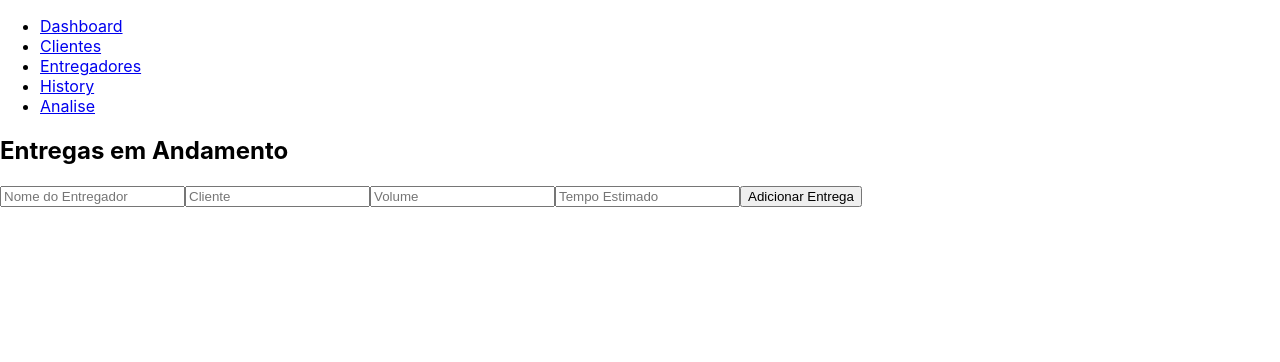
Repository: feliperanon/gestao-entregas
Page: /dashboard (app in frontend/)
An editor plug-in stored every save of this project. The page is shown before and after a run of saves, followed by the edit.
The browser window is 1280 px wide. The pictures show the whole page.
The page's requests for data from a server got no answer. The project was rebuilt for these pictures with package versions that can differ from the ones it lists, and the page was loaded fresh each time. No one was signed in, and anything a server would have sent is missing. Also part of the build but not shown: frontend/src/pages/Clientes.js, frontend/src/pages/Entregadores.js, frontend/src/pages/History.js, frontend/src/pages/Analise.js, frontend/src/pages/Login.js.

Above is the page before, as saved 2024-06-30 09:55:58.

### frontend/src/App.js
import React from 'react';
import { BrowserRouter as Router, Route, Routes, Link } from 'react-router-dom';
import Dashboard from './pages/Dashboard';
import Clientes from './pages/Clientes';
import Entregadores from './pages/Entregadores';
import History from './pages/History';
import Analise from './pages/Analise';
import Login from './pages/Login';

const App = () => {
  return (
    <Router>
      <div>
        <nav>
          <ul>
            <li>
              <Link to="/dashboard">Dashboard</Link>
            </li>
            <li>
              <Link to="/clientes">Clientes</Link>
            </li>
            <li>
              <Link to="/entregadores">Entregadores</Link>
            </li>
            <li>
              <Link to="/history">History</Link>
            </li>
            <li>
              <Link to="/analise">Analise</Link>
            </li>
          </ul>
        </nav>
        <Routes>
          <Route path="/dashboard" element={<Dashboard />} />
          <Route path="/clientes" element={<Clientes />} />
          <Route path="/entregadores" element={<Entregadores />} />
          <Route path="/history" element={<History />} />
          <Route path="/analise" element={<Analise />} />
          <Route path="/login" element={<Login />} />
        </Routes>
      </div>
    </Router>
  );
};

export default App;

### frontend/src/pages/Dashboard.js
import React, { useState, useEffect } from 'react';
import api from '../services/api';

const Dashboard = () => {
  const [entregas, setEntregas] = useState([]);
  const [form, setForm] = useState({ nomeEntregador: '', cliente: '', volume: '', status: 'Em andamento', tempoEstimado: '' });

  useEffect(() => {
    const fetchEntregas = async () => {
      try {
        const token = localStorage.getItem('token');
        const response = await api.get('/entregas', {
          headers: { Authorization: `Bearer ${token}` }
        });
        setEntregas(response.data.filter(entrega => entrega.status === 'Em andamento'));
      } catch (error) {
        console.error('Error fetching entregas:', error);
      }
    };
    fetchEntregas();
  }, []);

  const handleChange = (e) => {
    setForm({ ...form, [e.target.name]: e.target.value });
  };

  const handleSubmit = async (e) => {
    e.preventDefault();
    try {
      const token = localStorage.getItem('token');
      const response = await api.post('/entregas', { ...form, tempoDecorrido: 0 }, {
        headers: { Authorization: `Bearer ${token}` }
      });
      setEntregas([...entregas, response.data]);
      setForm({ nomeEntregador: '', cliente: '', volume: '', status: 'Em andamento', tempoEstimado: '' });
    } catch (error) {
      console.error('Error adding entrega:', error);
    }
  };

  const handleFinalize = async (id) => {
    try {
      const token = localStorage.getItem('token');
      await api.put(`/entregas/${id}`, { status: 'Finalizada' }, {
        headers: { Authorization: `Bearer ${token}` }
      });
      setEntregas(entregas.filter(entrega => entrega._id !== id));
    } catch (error) {
      console.error('Error finalizing entrega:', error);
    }
  };

  return (
    <div>
      <h2>Entregas em Andamento</h2>
      <form onSubmit={handleSubmit}>
        <input name="nomeEntregador" value={form.nomeEntregador} onChange={handleChange} placeholder="Nome do Entregador" required />
        <input name="cliente" value={form.cliente} onChange={handleChange} placeholder="Cliente" required />
        <input name="volume" value={form.volume} onChange={handleChange} placeholder="Volume" required />
        <input name="tempoEstimado" value={form.tempoEstimado} onChange={handleChange} placeholder="Tempo Estimado" required />
        <button type="submit">Adicionar Entrega</button>
      </form>
      <ul>
        {entregas.map((entrega) => (
          <li key={entrega._id}>
            <span>{entrega.nomeEntregador} - {entrega.cliente} - {entrega.volume} - {entrega.status} - {entrega.tempoEstimado} minutos - Tempo Em Andamento: {entrega.tempoDecorrido} minutos</span>
            <button onClick={() => handleFinalize(entrega._id)}>Finalizar Entrega</button>
          </li>
        ))}
      </ul>
    </div>
  );
};

export default Dashboard;

### frontend/src/services/api.js
import axios from 'axios';

const api = axios.create({
  baseURL: 'http://localhost:5003', // Alterado para a porta 5003
});

export default api;

Loaded but not shown: frontend/public/index.html (common file); frontend/src/index.js (common file); frontend/src/index.css (common file); frontend/src/reportWebVitals.js (common file)

After the next 2 saves:
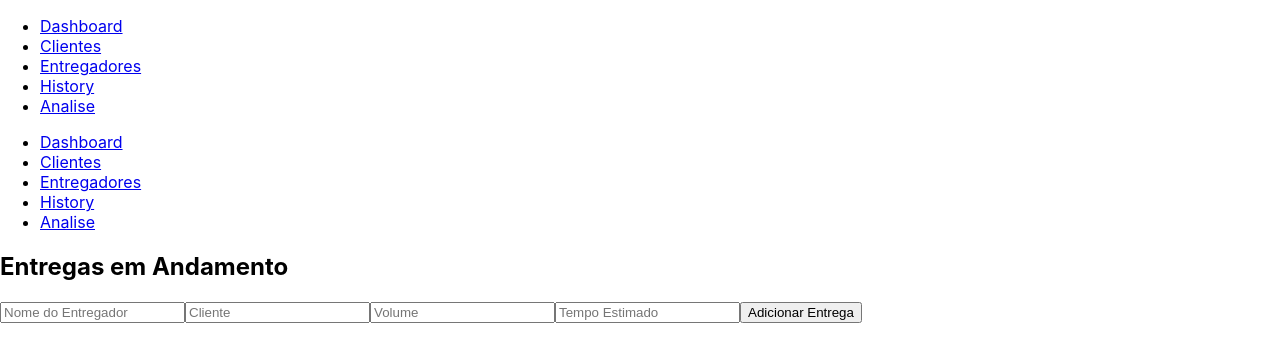
The 2 saves are shown as one change because 1 did not build or start.
The last was saved 23 s later.
--- a/frontend/src/pages/Dashboard.js
+++ b/frontend/src/pages/Dashboard.js
@@ -1,5 +1,6 @@
 import React, { useState, useEffect } from 'react';
 import api from '../services/api';
+import { Link } from 'react-router-dom';
 
 const Dashboard = () => {
   const [entregas, setEntregas] = useState([]);
@@ -52,6 +53,15 @@ const Dashboard = () => {
 
   return (
     <div>
+      <nav>
+        <ul>
+          <li><Link to="/dashboard">Dashboard</Link></li>
+          <li><Link to="/clientes">Clientes</Link></li>
+          <li><Link to="/entregadores">Entregadores</Link></li>
+          <li><Link to="/history">History</Link></li>
+          <li><Link to="/analise">Analise</Link></li>
+        </ul>
+      </nav>
       <h2>Entregas em Andamento</h2>
       <form onSubmit={handleSubmit}>
         <input name="nomeEntregador" value={form.nomeEntregador} onChange={handleChange} placeholder="Nome do Entregador" required />
